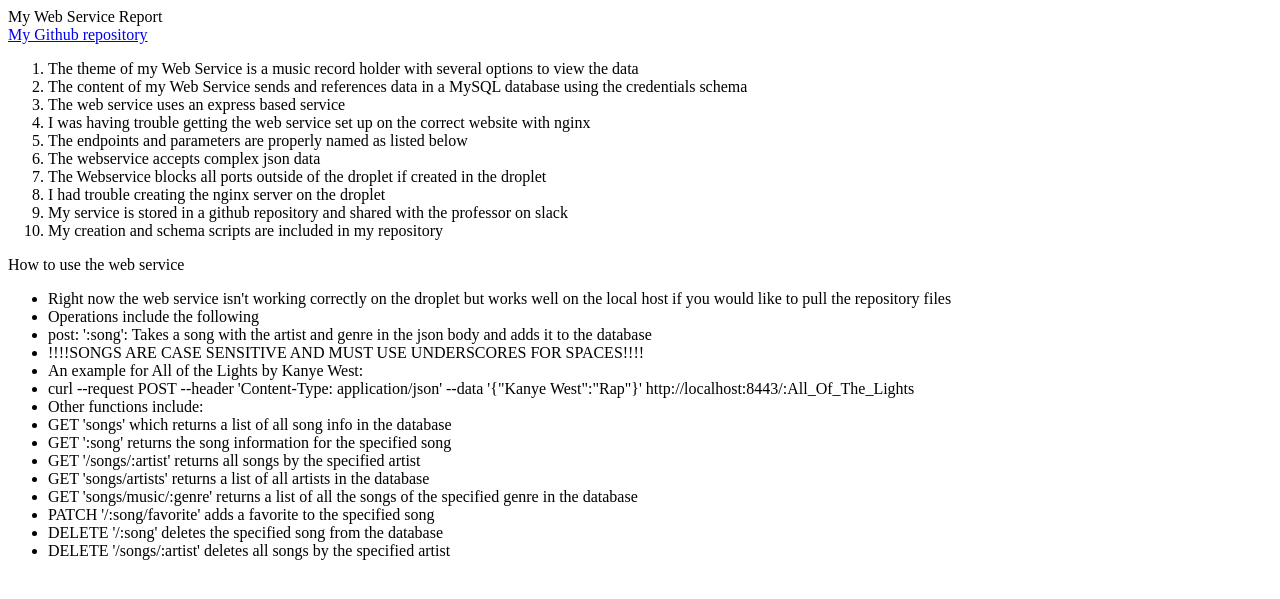
Repository: alharama/WebService
Page: report.html
These files come from the project's save history. The page is drawn as it stood at one moment and after the next save; the edit follows.
The browser window is 1280 px wide. The pictures show the whole page.

Above is the page before, as saved 2021-10-29 13:57:56.

### report.html
<!DOCTYPE html>
<html lang="en">
  <head>
    <title>Web Service Report</title>
  </head>

  <body>
    <header>My Web Service Report</header>

    <a href="https://github.com/alharama/WebService"> My Github repository</a>
    <ol>
      <li>
        The theme of my Web Service is a music record holder with several
        options to view the data
      </li>
      <li>
        The content of my Web Service sends and references data in a MySQL
        database using the credentials schema
      </li>
      <li>The web service uses an express based service</li>
      <li>
        I was having trouble getting the web service set up on the correct
        website with nginx
      </li>
      <li>The endpoints and parameters are properly named as listed below</li>
      <li>The webservice accepts complex json data</li>
      <li>
        The Webservice blocks all ports outside of the droplet if created in the
        droplet
      </li>
      <li>I had trouble creating the nginx server on the droplet</li>
      <li>
        My service is stored in a github repository and shared with the
        professor on slack
      </li>
      <li>My creation and schema scripts are included in my repository</li>
    </ol>

    How to use the web service
    <ul>
      <li>
        Right now the web service isn't working correctly on the droplet but
        works well on the local host if you would like to pull the repository
        files
      </li>
      <li>Operations include the following</li>
      <li>
        post: ':song': Takes a song with the artist and genre in the json body
        and adds it to the database
      </li>
      <li>
        !!!!SONGS ARE CASE SENSITIVE AND MUST USE UNDERSCORES FOR SPACES!!!!
      </li>
      <li>An example for All of the Lights by Kanye West:</li>
      <li>
        curl --request POST --header 'Content-Type: application/json' --data
        '{"Kanye West":"Rap"}' http://localhost:8443/:All_Of_The_Lights
      </li>
      <li>Other functions include:</li>
      <li>GET 'songs' which returns a list of all song info in the database</li>
      <li>GET ':song' returns the song information for the specified song</li>
      <li>GET '/songs/:artist' returns all songs by the specified artist</li>
      <li>GET 'songs/artists' returns a list of all artists in the database</li>
      <li>
        GET 'songs/music/:genre' returns a list of all the songs of the
        specified genre in the database
      </li>
      <li>PATCH '/:song/favorite' adds a favorite to the specified song</li>
      <li>DELETE '/:song' deletes the specified song from the database</li>
      <li>DELETE '/songs/:artist' deletes all songs by the specified artist</li>
    </ul>
  </body>
</html>

After the next save:
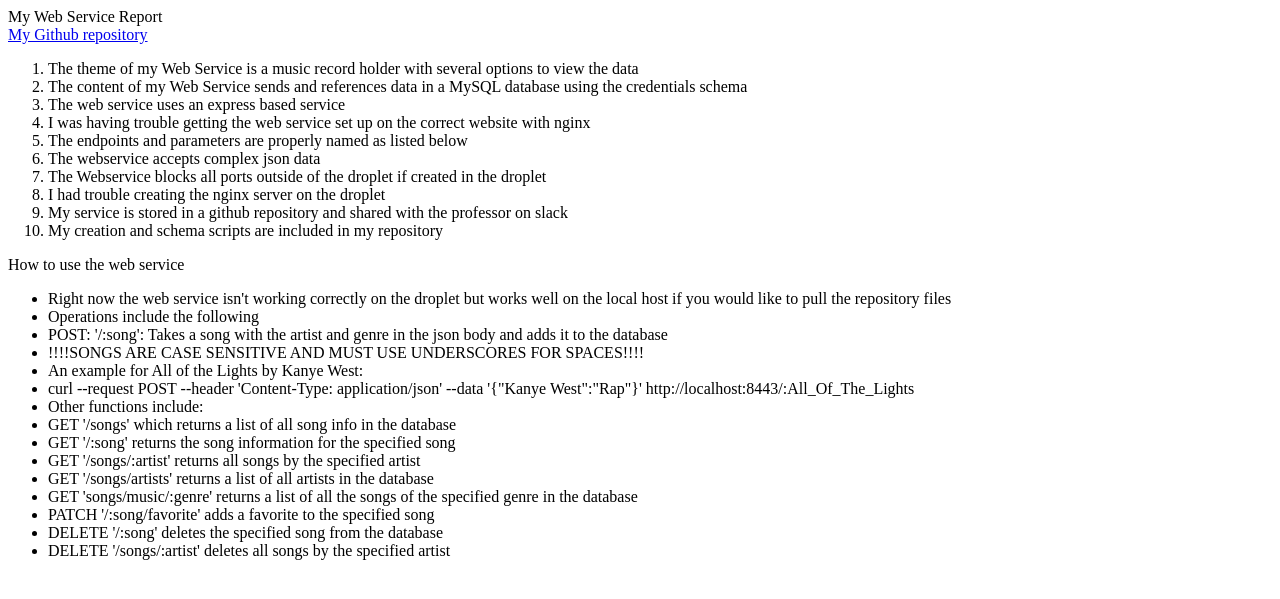
Saved 2 days later.
--- a/report.html
+++ b/report.html
@@ -45,7 +45,7 @@
       </li>
       <li>Operations include the following</li>
       <li>
-        post: ':song': Takes a song with the artist and genre in the json body
+        POST: '/:song': Takes a song with the artist and genre in the json body
         and adds it to the database
       </li>
       <li>
@@ -57,10 +57,14 @@
         '{"Kanye West":"Rap"}' http://localhost:8443/:All_Of_The_Lights
       </li>
       <li>Other functions include:</li>
-      <li>GET 'songs' which returns a list of all song info in the database</li>
-      <li>GET ':song' returns the song information for the specified song</li>
+      <li>
+        GET '/songs' which returns a list of all song info in the database
+      </li>
+      <li>GET '/:song' returns the song information for the specified song</li>
       <li>GET '/songs/:artist' returns all songs by the specified artist</li>
-      <li>GET 'songs/artists' returns a list of all artists in the database</li>
+      <li>
+        GET '/songs/artists' returns a list of all artists in the database
+      </li>
       <li>
         GET 'songs/music/:genre' returns a list of all the songs of the
         specified genre in the database
